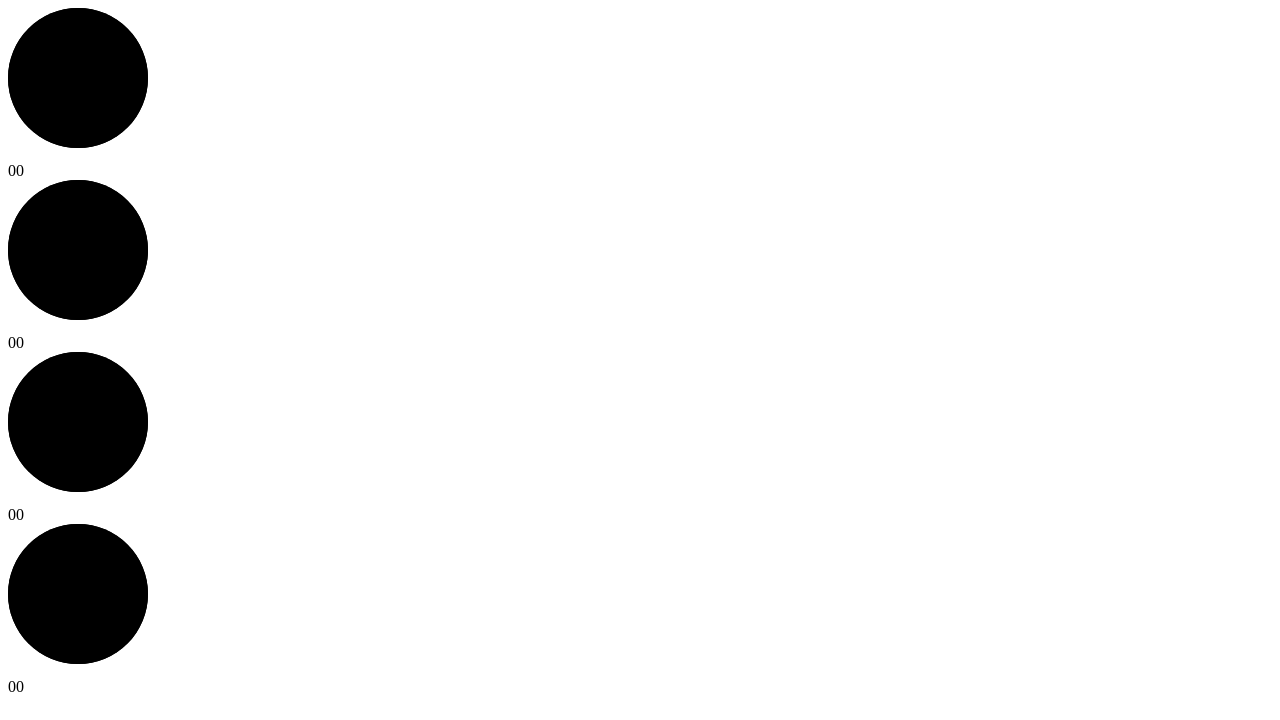
Repository: northpx/happyNY
Page: index.html
These files come from the project's save history. The page is drawn as it stood at one moment and after a run of saves; the edit follows.
The browser window is 1280 px wide. The pictures show the whole page.

Above is the page before, as saved 2022-12-31 10:38:46.

### index.html
<!DOCTYPE html>
<html lang="en">
<head>
    <meta charset="UTF-8">
    <meta http-equiv="X-UA-Compatible" content="IE=edge">
    <meta name="viewport" content="width=device-width, initial-scale=1.0">
    <title>Document</title>
</head>
<body>
    <div class="circle" style="--clr:#fff">
        <div class="dots day_dot">
            <svg>
                <circle cx="70" cy="70" r="70"></circle>
                <circle cx="70" cy="70" r="70" id="dd"></circle>
            </svg>
            <div id="days">00</div>
        </div>
    </div>

    <div class="circle" style="--clr:#fff">
        <div class="dots hr_dot">
            <svg>
                <circle cx="70" cy="70" r="70"></circle>
                <circle cx="70" cy="70" r="70" id="hh"></circle>
            </svg>
            <div id="hours">00</div>
        </div>
    </div>

    <div class="circle" style="--clr:#fff">
        <div class="dots min_dot">
            <svg>
                <circle cx="70" cy="70" r="70"></circle>
                <circle cx="70" cy="70" r="70" id="mm"></circle>
            </svg>
            <div id="minutes">00</div>
        </div>
    </div>

    <div class="circle" style="--clr:#fff">
        <div class="dots sec_dot">
            <svg>
                <circle cx="70" cy="70" r="70"></circle>
                <circle cx="70" cy="70" r="70" id="ss"></circle>
            </svg>
            <div id="seconds">00</div>
        </div>
    </div>
</body>
<script src="script.js">
</script>
</html>

### script.js

//thong dich
//quote
// ??
//use strict
//
//biginteger
//conversion(number, bool)

After the next 2 saves:
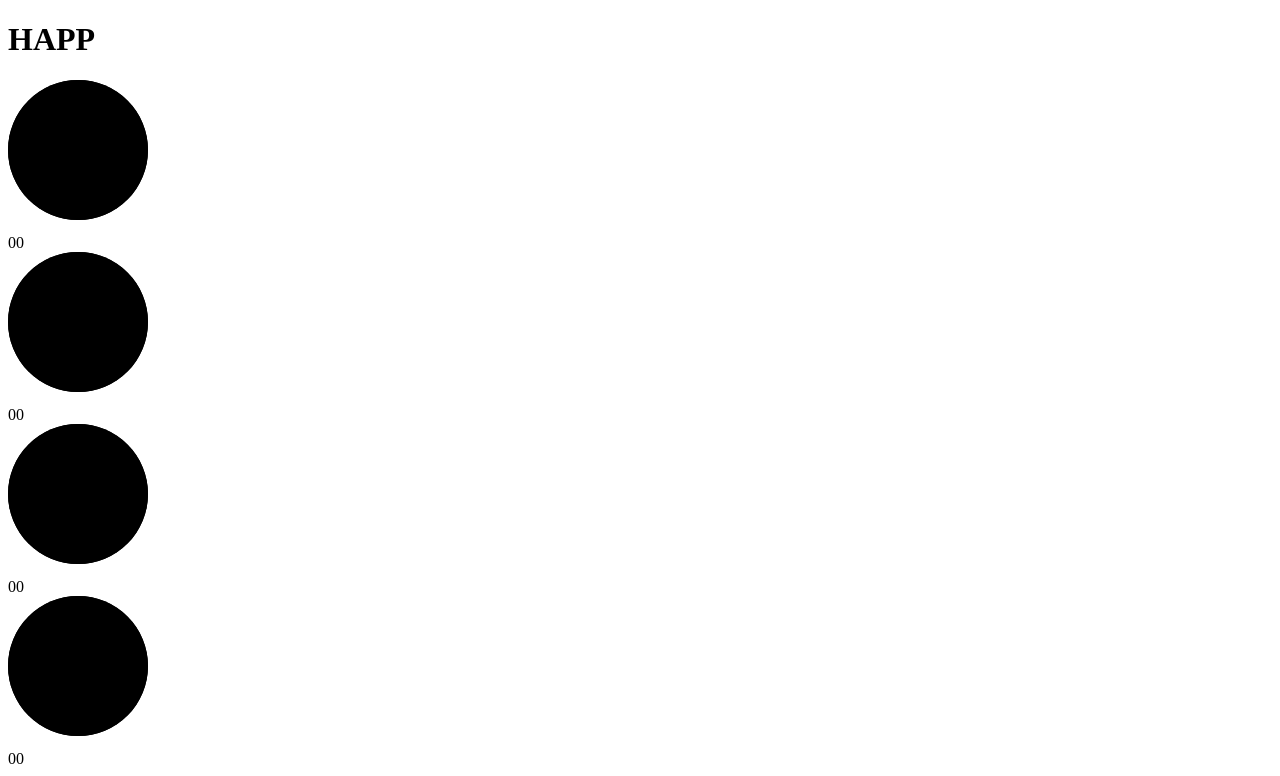
The 2 saves are shown as one change because they came seconds apart.
The last was saved 14 s later.
--- a/index.html
+++ b/index.html
@@ -7,6 +7,7 @@
     <title>Document</title>
 </head>
 <body>
+    <h1>HAPP</h1>
     <div class="circle" style="--clr:#fff">
         <div class="dots day_dot">
             <svg>
